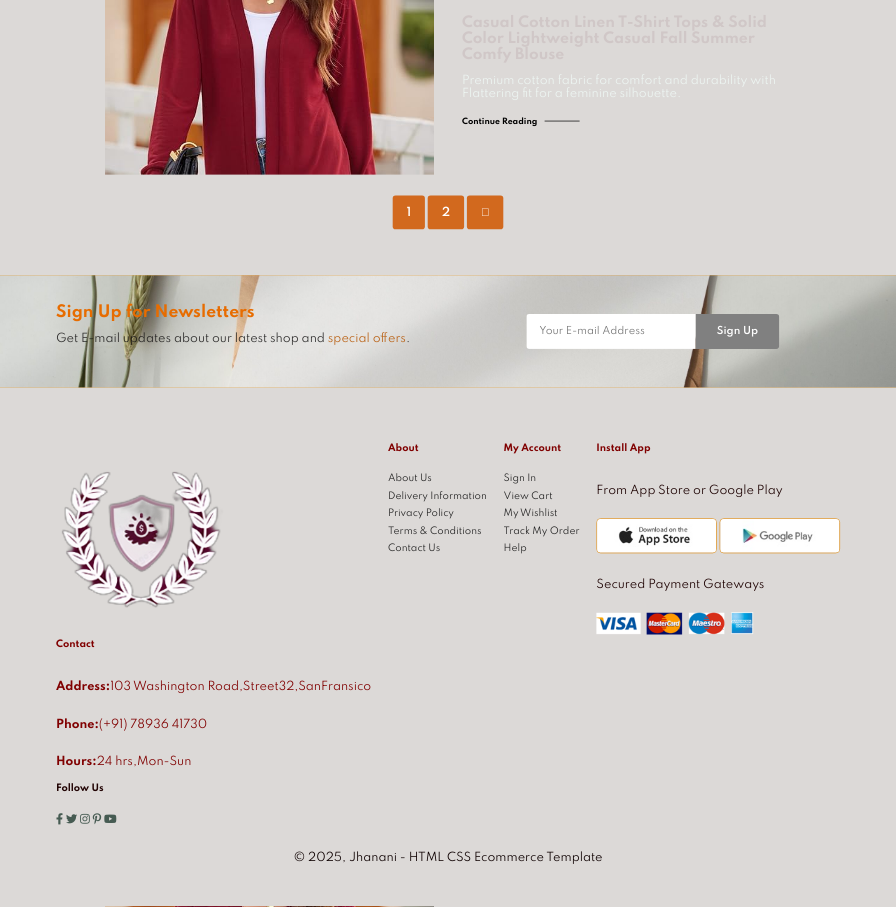
Repository: JhananiNallasamy/ECommerce-website-deployment
Page: blog.html
An editor plug-in stored every save of this project. The page is shown before and after a run of saves, followed by the edit.
The browser window is 1280 px wide. The pictures show the part of the page from y = 938 to 2858 px (the page is 2233 px tall before and 3148 px after), at 70% of full size.
Some web libraries are served in a nearby version.

Above is the page before, as saved 2024-05-05 10:22:15.

### blog.html
<!DOCTYPE html>
<html lang="en">
<head>
    <meta charset="UTF-8">
    <meta name="viewport" content="width=device-width, initial-scale=1.0">
    <title>E-COMMERCE WEBSITE</title>
    <link rel="stylesheet" href="https://pro.fontawesome.com/releases/v5.10.0/css/all.css"/>
    <link rel="stylesheet" href="style.css">
</head>

<body style="background-color: rgba(157, 149, 144, 0.353);">
    <section id="header">
        <a href="#"> <img src="img/logo.png" height="80px", width="90px" class="logo" alt="logo"> </a>

        <div>
            <ul id="navbar">
                <li><a href="index.html">Home</a></li>
                <li><a>Shop</a></li>
                <li><a class="active" href="blog.html">Blog</a></li>
                <li><a href="about.html">About</a></li>
                <li><a href="contact.html">Contact</a></li>
                <li id="lg-bag"><a href="cart.html"><i class="far fa-shopping-bag"></i></a></li>
                <a href="#" id="close"><i class="far fa-times"></i></a>
            </ul>
        </div>
        <div id="mobile">
            <a href="cart.html"><i class="far fa-shopping-bag"></i></a>
            <i id="bar" class="fas fa-outdent"></i>
        </div>
    </section>

    <!--nav bar code at top is over -->

    <section id="page-header" class="blog-header">

        <h2 style="color: #eca704ec">Fashion Fusion E-Logs</h2>
        <p style="color: #181100; font-weight: bold;">Uncover the stories behind our products through captivating case studies!</p><br>
    </section>

    <section id="blog">
        <div class="blog-box">
            <div class="blog-img">
                <img src="img/blog/f9a.png" alt="f9a in blog">
            </div>
            <div class="blog-details">
            <h4> Casual Cotton Linen T-Shirt Tops & Solid Color Lightweight Casual Fall Summer Comfy Blouse </h4>
            <p>Premium cotton fabric for comfort and durability with Flattering fit for a feminine silhouette.</p>
            <a href="#"> Continue Reading </a>
            </div>
            <h1>13/01</h1>
        </div>
        <div class="blog-box">
            <div class="blog-img">
                <img src="img/blog/f9a.png" alt="f9a in blog">
            </div>
            <div class="blog-details">
            <h4> Casual Cotton Linen T-Shirt Tops & Solid Color Lightweight Casual Fall Summer Comfy Blouse </h4>
            <p>Premium cotton fabric for comfort and durability with Flattering fit for a feminine silhouette.</p>
            <a href="#"> Continue Reading </a>
            </div>
            <h1>13/01</h1>
        </div>

    </section>
        <section id="pagination" class="section-p1">
        <a href="#">1</a>
        <a href="#">2</a>
        <a href="#"><i class="fal fa-long-arrow-alt-right"></i></a>
        </section>


    <section id="newsletter" class="section-p1 section-m1">
        <div class="newstext">
            <h4>Sign Up for Newsletters</h4>
            <p>Get E-mail updates about our latest shop and <span>special offers</span>.</p>
        </div>
        <div class="form">
            <input type="text" placeholder="Your E-mail Address">
            <button class="normal">Sign Up</button>
        </div>
    </section>

    <footer class="section-p1">
        <div class="col">
            <img class="logo" src="img/logo.png" alt="logo image">
            <h4 style="color: maroon;">Contact</h4>
            <p style="color: maroon;"><strong>Address:</strong>103 Washington Road,Street32,SanFransico</p>
            <p style="color: maroon;"><strong>Phone:</strong>(+91) 78936 41730</p>
            <p style="color: maroon;"><strong>Hours:</strong>24 hrs,Mon-Sun</p>
            <div class="follow">
                <h4 style="color: rgb(32, 2, 2);">Follow Us</h4>
                <div class="icon">
                    <i class="fab fa-facebook-f"></i>
                    <i class="fab fa-twitter"></i>
                    <i class="fab fa-instagram"></i>
                    <i class="fab fa-pinterest-p"></i>
                    <i class="fab fa-youtube"></i>
                </div>
            </div>
        </div>
        <div class="col">
            <h4 style="color: maroon;">About</h4>
            <a href="#">About Us</a>
            <a href="#">Delivery Information</a>
            <a href="#">Privacy Policy</a>
            <a href="#">Terms & Conditions</a>
            <a href="#">Contact Us</a>
        </div>
        <div class="col">
            <h4 style="color: maroon;">My Account</h4>
            <a href="#">Sign In</a>
            <a href="#">View Cart</a>
            <a href="#">My Wishlist</a>
            <a href="#">Track My Order</a>
            <a href="#">Help</a>
        </div>
        <div class="col install">
            <h4 style="color: maroon;">Install App</h4>
            <p style="color: rgb(29, 2, 2);">From App Store or Google Play</p>
            <div class="row">
                <img src="img/pay/app.jpg" alt="app img in pay folder">
                <img src="img/pay/play.jpg" alt="play img in pay folder">
            </div>
            <p style="color: rgb(30, 2, 2);">Secured Payment Gateways</p>
            <img src="img/pay/pay.png"  alt="pay img inside pay folder">
        </div>
            <div class="copyright">
                <p style="color: rgb(14, 1, 1);">© 2025, Jhanani - HTML CSS Ecommerce Template</p>
            </div>
        </footer>


    <script src="script.js"></script>

</body>
</html>

### style.css
@import url('https://fonts.googleapis.com/css2?family=Spartan:wght@100;200;300;400;500;600;700;800;900&display=swap');
* {
    margin: 0;
    padding: 0;
    box-sizing: border-box;
    font-family: 'Spartan', sans-serif;
}
h1 {
    font-size: 50px;
    line-height: 64px;
    color: #222;
}
h2 {
    font-size: 46px;
    line-height: 54px;
    color: #e3b6b6;
}
h4 {
    font-size: 20px;
    color: #d0c7c7;
}
h6 {
    font-weight: 700;
    font-size: 12px;
}
p {
    font-size: 16px;
    color: #edf5f2;
    margin: 15px 0 20px 0;
}
.section-p1 {
    padding: 40px 80px;
}
.section-m1 {
    margin: 40px 0;
}
button.normal{
    font-size: 14px;
    font-weight: 600;
    padding: 15px 30px;
    color:#000;
    background-color: #fff;
    border-radius: 4px;
    cursor: pointer;
    border: none;
    outline: none;
    transition: 0.2s ease;
}
button.white{
    font-size: 13px;
    font-weight: 600;
    padding: 11px 18px;
    color:#fff;
    background-color: transparent;
    cursor: pointer;
    border: 1px solid white;
    outline: none;
    transition: 0.2s ease;
}
body{
    width: 100%
}


/* Header Start */
#header{
    display: flex;
    align-items:center ;
    justify-content: space-between;
    padding: 30px 40px;
    background: #4b041a;
    width: 100%;
    box-shadow: 0 5px 15px rgba(0, 0, 0, 0.06);
    z-index: 999;
    position:sticky;
    top: 0;
    left: 0;
}

#navbar {
    display: flex;
    align-items: center;
    justify-content: center;
    border-radius: 20px;
    margin-top: 10px;
}

#navbar li{
    /* this is the parent class for navbar list and we give relative position here and absolute position in the "navbar li a:hover::after" */
    /* here we remove the bullet points in the list by giving list style as none */

    list-style: none;
    padding: 0 20px;
    position: relative;
}

#navbar li a{
    /* here we make transition smooth */
    /* here we remove the underline for every ahref in navbar by giving text-decoration as none */
    text-decoration: none;
    font-size: 16px;
    font-weight: 600;
    color: #efe8ea;
    transition: 0.3s ease;
}
#navbar li a:hover,
#navbar li a.active {
    color: #c47d94
    /* here we have made the home option in the index.html as pink all the time...we give section id="active" for this */
}


#navbar li a.active::after,
#navbar li a:hover::after {
    /* the options in header are underlined and become pink colour when you hover over it */
    /* whenever you give a pseudoclass active you have to give content:"" */
    /* this is the child class of navbar li and position is given absolute  */
    content: "";
    width: 30%;
    height: 2px;
    background: #bda6ad;
    position: absolute;
    bottom: -4px;
    left: 20px;
}
#mobile {
    display: none;
    align-items:center;
}
#close{
    display: none;
}
/* <!--nav bar code at top is over --> */

/* Home Page */
#hero{
    background-color: #817c7c;
    background-image:url("img/hero4.avif");
    /* so now the image of ther hero is not entirely visible..only head of the hero is visible..so we had height and width*/
    height: 90vh;
    width: 100%;
    background-size: cover;
    background-position: top 25% right 0;
    padding: 0 80px;
    display: flex;
    flex-direction: column;
    align-items: flex-start;
    justify-content: center;
    /* now the full image is visible in the screen */
    /* but since the image is not visible in the centre  */
}

#hero h4{
    padding-bottom: 15px;
}
#hero h1{
    color:rgb(166, 194, 219);
}
.glow-on-hover {
    width: 220px;
    height: 50px;
    border: none;
    outline: none;
    color: #fff;
    background: #111;
    cursor: pointer;
    position: relative;
    z-index: 0;
    border-radius: 10px;
}

.glow-on-hover:before {
    content: '';
    background: linear-gradient(45deg, #ff0000, #ff7300, #fffb00, #48ff00, #00ffd5, #002bff, #7a00ff, #ff00c8, #ff0000);
    position: absolute;
    top: -2px;
    left:-2px;
    background-size: 400%;
    z-index: -1;
    filter: blur(5px);
    width: calc(100% + 4px);
    height: calc(100% + 4px);
    animation: glowing 20s linear infinite;
    opacity: 0;
    transition: opacity .3s ease-in-out;
    border-radius: 10px;
}

.glow-on-hover:active {
    color: #000
}

.glow-on-hover:active:after {
    background: transparent;
}

.glow-on-hover:hover:before {
    opacity: 1;
}

.glow-on-hover:after {
    z-index: -1;
    content: '';
    position: absolute;
    width: 100%;
    height: 100%;
    background: #111;
    left: 0;
    top: 0;
    border-radius: 10px;
}

@keyframes glowing {
    0% { background-position: 0 0; }
    50% { background-position: 400% 0; }
    100% { background-position: 0 0; }
}
#feature {
    display: flex;
    align-items: center;
    justify-content: space-between;
    flex-wrap: wrap;

}
#feature .fe-box{
    width: 180px;
    text-align: center;
    padding: 25px 5px;
    box-shadow:20px 20px 34px rgba(0, 0, 0, 0.03);
    border: 1px solid #cce7d0;
    border-radius: 4px;
    margin: 15px 0;
}

#feature .fe-box.fe-box:hover {
    box-shadow: 10px 10px 54px rgba(7, 3, 71, 0.1);
}

#feature .fe-box img {
    width: 100%;
    margin-bottom: 10px;
}
#feature .fe-box h6{
    display: inline-block;
    padding: 9px 8px 6px 8px;
    line-height: 1;
    border-radius: 4px;
    color:white;
    background-color: #c47d94;

}
#feature .fe-box:nth-child(1) h6{
    background-color:#130b3597;
}
#feature .fe-box:nth-child(2) h6{
    background-color:#07021a;
}
#feature .fe-box:nth-child(3) h6{
    background-color:#034009;
}
#feature .fe-box:nth-child(4) h6{
    background-color:#091462;
}
#feature .fe-box:nth-child(5) h6{
    background-color:#0648d6e1;
}
#feature .fe-box:nth-child(6) h6{
    background-color:#5b37df;
}
.pro {
    position: relative;
    overflow: hidden;
}

.pro:hover img {
    transform: scale(1.2);
    transition: transform 0.4s ease;
}

#product1{
    text-align: center;
}
#product1 .pro-container {
    display: flex;
    justify-content: space-between;
    padding-top: 20px;
    flex-wrap: wrap;
}

#product1 .pro{
    width: 23%;
    min-width: 250px;
    padding: 10px 12px;
    border: 1px solid #cce7d0;
    border-radius: 25px;
    cursor: pointer;
    box-shadow: 20px 20px 30px rgba(0, 0, 0, 0.02);
    margin: 15px 0;
    transition: 0.2s ease;
    position: relative;
}
#product1 .pro:hover{
    box-shadow: 20px 20px 30px rgba(0, 0, 0, 0.06);


}
#product1 .pro img {
    width: 100%;
    border-radius: 20px;
}
#product1 .pro .des{
    text-align: start;
    padding: 10px 0;
}
#product1 .pro .des span{
    color: #060603;
    font-size: 12px;
}
#product1 .pro .des h5{
    padding-top: 7px;
    color: #1a1a1a;
    font-size: 14px;
}
#product1 .pro .des i{
    font-size: 12px;
    color: rgb(240,181,25);
}

#product1 .pro .des h4{
    padding-top: 7px;
    font-size: 15px;
    font-weight: 700;
    color: #088178;
}
#product1 .pro .cart {
    width: 40px;
    height: 40px;
    line-height: 40px;
    border-radius: 50px;
    background-color: #e8f6ea;
    font-weight: 500;
    color: #088178;
    border: 1px solid #cce7d0;
    position: absolute;
    bottom: 20px;
    right: 20px;
}
#banner{
    display: flex;
    flex-direction: column;
    justify-content: center;
    align-items: center;
    text-align: center;
    background-image: url("img/banner/b2.png");
    width: 100%;
    height: 40vh;
    background-size: cover;
    background-position: center;
}
#banner h4 {
    color: #fff;
    font-size: 16px;
}
#banner h2{
    color: #fff;
    font-size: 30px;
    padding: 10px 0;
}
#banner h2 span{
    color: #7e0707;
}
#banner button:hover {
    background: #fe039a;
    color: #fff;
}
#sm-banner .banner-box{
    display: flex;
    flex-direction: column;
    justify-content: center;
    align-items: flex-start;
    background-image: url("img/banner/b17.png");
    min-width: 580px;
    height: 50vh;
    background-size: cover;
    background-position: center;
    padding: 30px;
}
#sm-banner .banner-box2{
    background-image: url("img/banner/b10.png");
}
#sm-banner{
    display: flex;
    justify-content: space-between;
    flex-wrap: wrap;
}
#sm-banner h4{
    font-size: 20px;
    font-weight: 300;
}
#sm-banner h2{
    font-size: 28px;
    font-weight: 800;
}
#sm-banner span{
    font-size: 14px;
    font-weight: 500;
    padding-bottom: 15px;
}
#sm-banner .banner-box:hover button{
    background: #041615;
    color: white;
    border: 1px solid black;
}
#banner3{
    display: flex;
    justify-content: space-between;
    flex-wrap: wrap;
    padding: 0 80px;
}

#banner3 .banner-box {
    display: flex;
    flex-direction: column;
    justify-content: center;
    align-items: flex-start;
    background-image: url("img/banner/b7.png");
    min-width: 30%;
    height: 30vh;
    background-size:cover;
    background-position: center;
    padding: 20px;
    margin-bottom:20px;
}
#banner3 .banner-box2 {
    background-image: url("img/banner/b4.jpg");
}
#banner3 .banner-box3 {
    background-image: url("img/banner/b18.png");
}
#banner3 h2 {
    font-weight: 900;
    font-size: 30px;
}
#banner3 h3 {
    font-weight: 800;
    font-size: 30px;
}
#newsletter {
    display: flex;
    justify-content: space-between;
    flex-wrap: wrap;
    align-items: center;
    background-image: url("img/banner/b14.jpg");
    background-repeat: no-repeat;
    background-size: cover;
    background-position: 40% 60%;
    background-color: rgb(230, 143, 13) ;
}
#newsletter h4 {
    font-size: 22px;
    font-weight: 700px;
    color: rgb(231, 108, 0);
}
#newsletter p {
    color: rgba(22, 21, 21, 0.867) ;
}
#newsletter p span {
    color: hsl(28, 78%, 41%);
}
#newsletter .form{
    display: flex;
    width: 40%;
}
#newsletter input{
    height: 3.125rem;
    padding: 0 1.25em;
    font-size: 14px;
    width: 100;
    border: 1px solid transparent;
    border-radius: 4px;
    outline: none;
    border-top-right-radius: 0;
    border-bottom-right-radius: 0;
}
#newsletter button{
    background-color:grey;
    color: white;
    white-space: nowrap;
    border-top-left-radius: 0;
    border-bottom-left-radius: 0;
}
footer{
    display: flex;
    flex-wrap: wrap;
    justify-content: space-between;
}
footer .col {
    display: flex;
    flex-direction: column;
    align-items: flex-start;
    margin-bottom: 20px;
}
footer .logo {
    margin-bottom: 30px;
}
footer h4 {
    font-size: 14px;
    padding-bottom: 20px;
}
footer h4 {
    font-size: 13px;
    margin: 0 0 8px 0;
}
footer a {
    font-size: 13px;
    text-decoration: none;
    color:#222;
    margin-bottom: 10px;
}
footer .follow {
    color:#465b52;
    padding-right: 4px;
    cursor:pointer;
}
footer .install .row img {
    border: 1px solid rgb(230, 143, 13);
    border-radius: 6px;
}
footer .install img{
    margin: 10px 0 15px 0;
}
footer .follow i:hover,
footer a:hover{
    color:#d61010;
}
footer .copyright{
    width: 100%;
    text-align: center;
}

/* Shop Page */
#page-header{
    background-image: url("img/banner/b1.jpg");
    width: 100%;
    height: 40vh;
    background-size:cover;
    display: flex;
    justify-content: center;
    text-align: center;
    flex-direction: column;
    padding: 14px;
}

#page-header h2 {
    color: sandybrown;
}
#page-header p{
    color: rgb(222, 220, 217);
}
#pagination{
    text-align: center;
}
#pagination a{
    text-decoration: none;
    background-color:chocolate;
    padding: 15px 20px;
    border-radius: 4px;
    color: #fff;
    font-weight: 600;
}
#pagination a i{
    font-size: 16px;
    font-weight:600;
}

/* Single Product */
#prodetails {
    display: flex;
    margin-top: 20px;
}
#prodetails .single-pro-image {
    width: 40%;
    margin-right:50px;
}
.small-img-group{
    display: flex;
    justify-content: space-between;
}
.small-img-col{
    flex-basis: 24%;
    cursor: pointer;
}
#prodetails .single-pro-details {
    width: 50%;
    padding-top: 30px;
}
#prodetails .single-pro-details h4{
    padding: 40px 0 20px 0;
}
#prodetails .single-pro-details h2{
    font-size: 26px;
}
#prodetails .single-pro-details select{
    display:block;
    padding: 5px 10px;
    margin-bottom: 10px;
}
#prodetails .single-pro-details input{
    width: 50px;
    height: 47px;
    padding-left: 10px;
    font-size: 16px;
    margin-right: 10px;
}
#prodetails .single-pro-details input:focus{
    outline: none;
}
#prodetails .single-pro-details span{
    line-height: 25px;
}
#prodetails .single-pro-details button {
    background:hsl(28, 78%, 41%);
    color: white;
}


/* Blog Page */
#page-header.blog-header{
    background-image: url("img/banner/b19.jpg");
}
#blog{
    padding: 150px 150px 0 150px;
}
#blog .blog-box {
    display: flex;
    align-items: center;
    width: 100%;
    position: relative;
}
#blog .blog-img {
    width: 50%;
    margin-right: 40px;
}
#blog img {
    width:100%;
    height: 300px;
    object-fit: cover;
}
#blog .blog-details {
    width: 50%;
}
#blog .blog-details a{
    text-decoration: none;
    font-size: 11px;
    color: #000;
    font-weight: 700;
    position: relative;
    transition: 0.3s;
}
#blog .blog-details a::after{
    /* this one is for creating the line */
    content: "";
    width: 50px;
    height: 1px;
    background-color: #000;
    position: absolute;
    top: 4px;
    right: -60px;
}
#blog .blog-details a:hover{
    color: maroon;
}
#blog .blog-details a:hover::after{
    background-color: maroon;
}
#blog .blog-box h1{
    position: absolute;
    top: -40px;
    left: 0;
    font-size: 70px;
    font-weight: 700;
    color: rgb(50, 40, 40);
    /* z-index: -9;  is used to place something behind another element */
    z-index: -9;
}


























/* Start Media Query */
@media (max-width:799px) {
    .section-p1{
        padding: 40px 40px;
    }
    #navbar {
        display: flex;
        flex-direction: column;
        align-items: center;
        justify-content: center;
        position: fixed;
        top: 0;
        right: -300px;
        height: 100vh;
        width: 300px;
        background-color: white;
        box-shadow: 0 40px 60px rgba(0, 0, 0, 0.1);
        padding: 80px 0 0 10px;
        transition: 0.3s;
    }
    #navbar.active {
        right: 0px;
    }
    #navbar li{
        margin-bottom: 25px;

    }
    #mobile {
    display: flex;
    align-items:center;
    }
    #mobile {
        color: #1a1a1a;
        font-size: 24px;
        padding-left: 20px;
        }
        #close{
          display: initial;
          position:absolute;
          top: 30px;
          left: 30px;
          color: #222;
          font-size: 24px;
        }
        #lg-bag{
            display: none;
        }
        #hero{
            height: 70vh;
            padding: 0 80px;
            background-position: top 30% right 30%;
        }
        #feature{
            justify-content: center;
        }
        #feature .fe-box{
            margin: 15px 15px;
        }
        #product1 .pro-container{
            justify-content: center;
        }
        #product1 .pro{
            margin: 15px;
        }
        #banner{
            height: 20vh;
        }
        #sm-banner .banner-box{
            min-width: 100%;
            height: 30vh;
        }
        #banner3 {
            padding: 0 40px;
        }
        #banner3 .banner-box{
            width: 28%;
        }
        #newsletter .form{
            width: 70%;
        }
}

@media (max-width: 477px){
    .section-p1{
        padding: 10px 30px;
    }
    #header{
        padding: 10px 30px;
    }
    h1{
        font-size: 38px;
    }
    h2{
        font-size: 32px;
    }
    #hero{
        padding: 0 20px;
        background-position: 55%;
    }
    #feature {
        justify-content: space-between;
    }
    #feature .fe-box{
        width: 155px;
        margin: 0 0 15px 0;
    }
    #product1 .pro{
        width: 100%;
    }
    #banner {
        height: 40vh;
    }
    #sm-banner .banner-box{
        height: 40vh;
    }
    #sm-banner .banner-box2{
        margin-top: 20px;
    }
    #banner3{
        padding: 0 20px;
    }
    #banner3 .banner-box {
        width: 100%;
    }
    #newsletter {
        padding: 40px 20px;
    }
    #newsletter .form{
        width: 100%;
    }
    footer .copyright{
        text-align:start;
    }
    /* Single Product */
    #prodetails {
        display: flex;
        flex-direction: column;
    }
    #prodetails .single-pro-image {
        width: 100%;
        margin-right: 0px;
    }
    #prodetails .single-pro-details {
        width: 100%;
    }
}

### script.js
function zoomImage() {
    document.getElementById("productImage").style.transform = "scale(1.2)";
}
const bar = document.getElementById('bar');
const close = document.getElementById('close');
const nav = document.getElementById('navbar');

if(bar){
    bar.addEventListener('click',() => {
        nav.classList.add('active');
    })
}
if(close){
    close.addEventListener('click',() => {
        nav.classList.remove('active');
    })
}

After the next 4 saves:
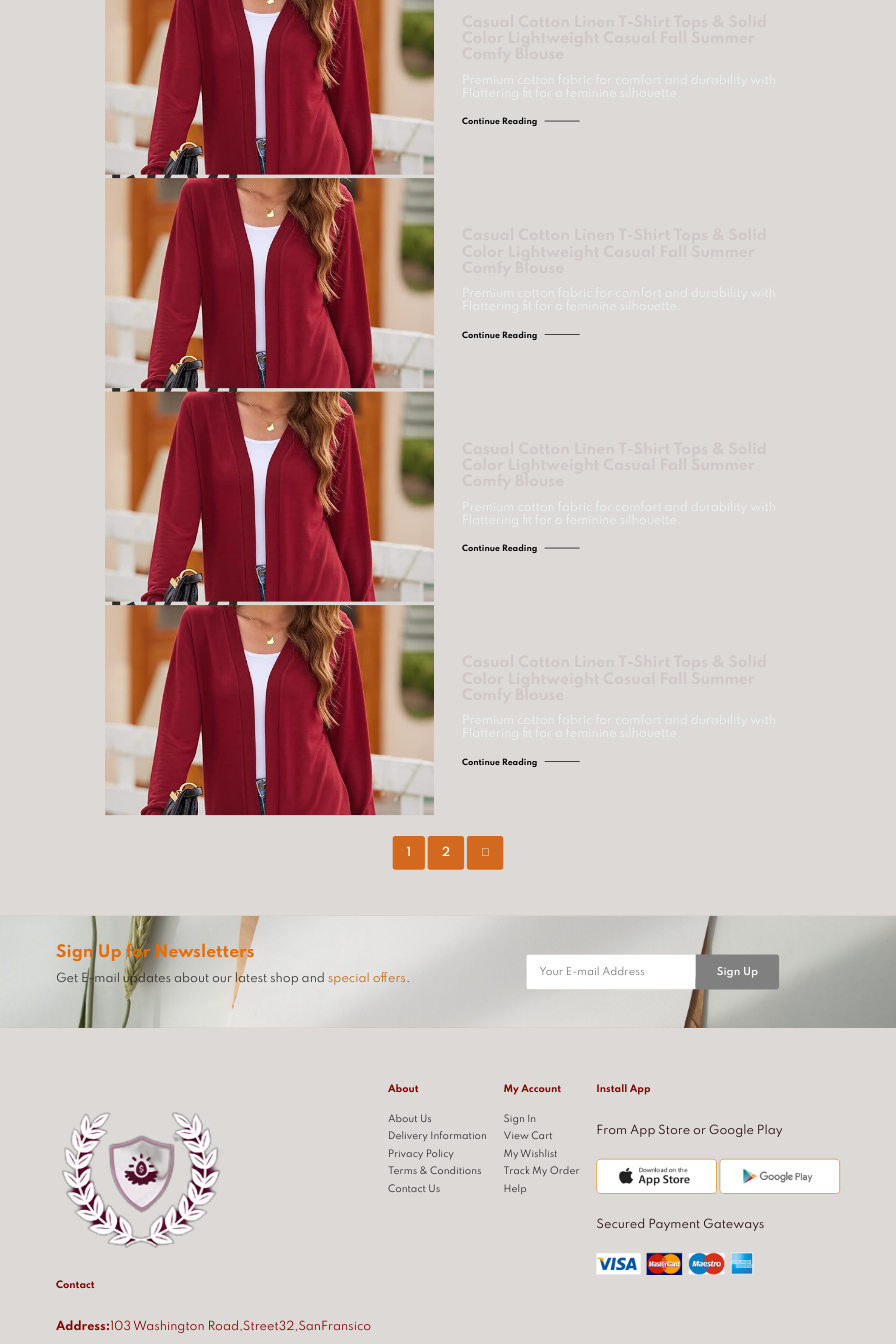
The 4 saves are shown as one change because they came seconds apart.
The last was saved 12 s later.
--- a/blog.html
+++ b/blog.html
@@ -60,6 +60,41 @@
             </div>
             <h1>13/01</h1>
         </div>
+        <div class="blog-box">
+            <div class="blog-img">
+                <img src="img/blog/f9a.png" alt="f9a in blog">
+            </div>
+            <div class="blog-details">
+            <h4> Casual Cotton Linen T-Shirt Tops & Solid Color Lightweight Casual Fall Summer Comfy Blouse </h4>
+            <p>Premium cotton fabric for comfort and durability with Flattering fit for a feminine silhouette.</p>
+            <a href="#"> Continue Reading </a>
+            </div>
+            <h1>13/01</h1>
+        </div>
+        <div class="blog-box">
+            <div class="blog-img">
+                <img src="img/blog/f9a.png" alt="f9a in blog">
+            </div>
+            <div class="blog-details">
+            <h4> Casual Cotton Linen T-Shirt Tops & Solid Color Lightweight Casual Fall Summer Comfy Blouse </h4>
+            <p>Premium cotton fabric for comfort and durability with Flattering fit for a feminine silhouette.</p>
+            <a href="#"> Continue Reading </a>
+            </div>
+            <h1>13/01</h1>
+        </div>
+        <div class="blog-box">
+            <div class="blog-img">
+                <img src="img/blog/f9a.png" alt="f9a in blog">
+            </div>
+            <div class="blog-details">
+            <h4> Casual Cotton Linen T-Shirt Tops & Solid Color Lightweight Casual Fall Summer Comfy Blouse </h4>
+            <p>Premium cotton fabric for comfort and durability with Flattering fit for a feminine silhouette.</p>
+            <a href="#"> Continue Reading </a>
+            </div>
+            <h1>13/01</h1>
+        </div>
+
+
 
     </section>
         <section id="pagination" class="section-p1">
